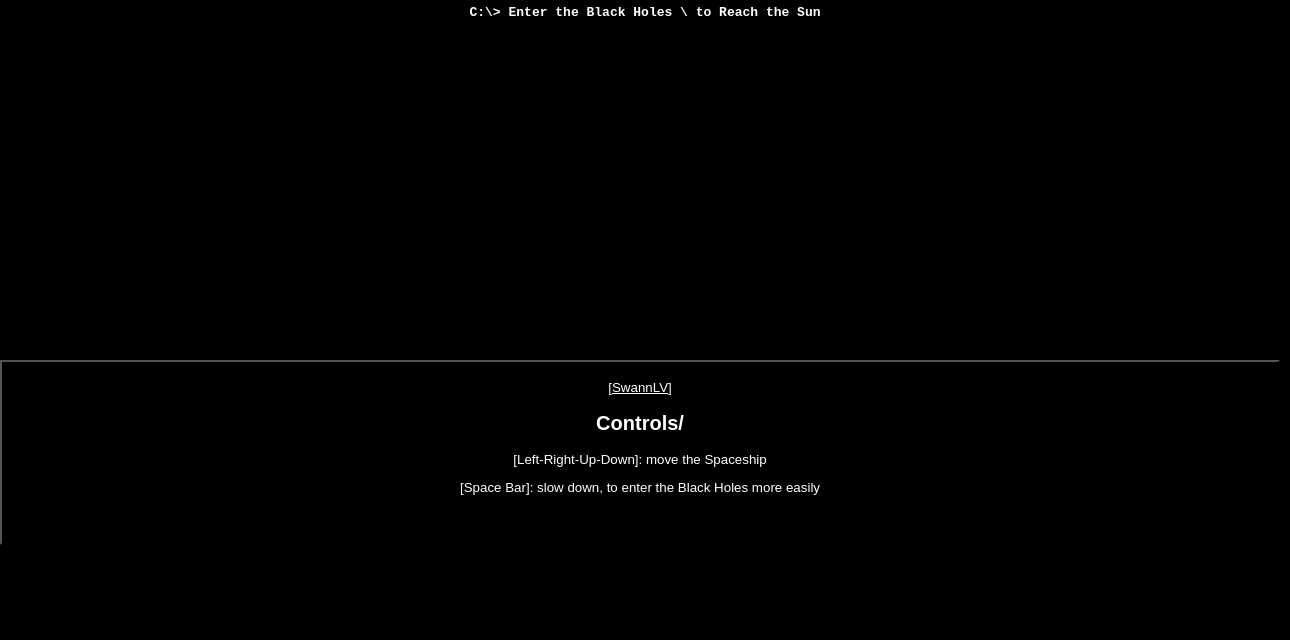
Repository: SwannLV/reach-the-sun
Page: Index.html
The author's editor kept a record of every edit. The page is drawn from the files as they stood at one moment, then again after the next edit.
The browser window is 1280 px wide. The page is 1290 px wide, so the pictures cover 1290 px, including what lies to the right of the window. The pictures show the whole page.
Some web libraries are served in a nearby version.

Above is the page before.
Console error: ReferenceError: THREE is not defined

After the next edit:
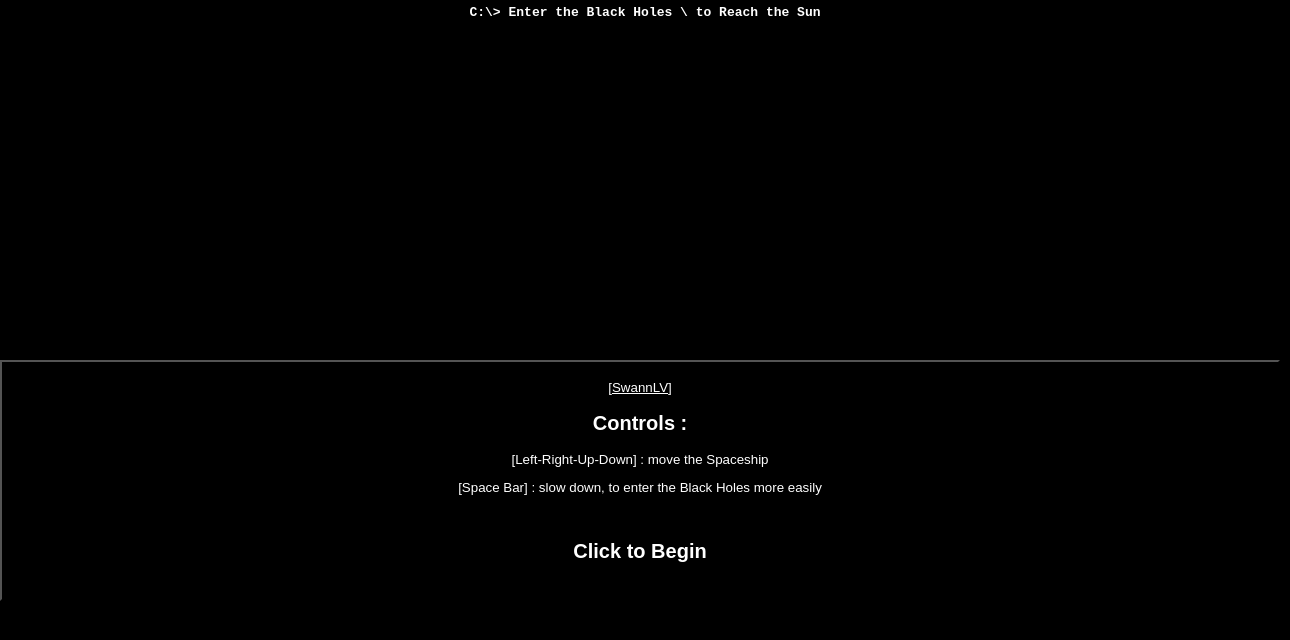
The edit:
--- a/Index.html
+++ b/Index.html
@@ -77,10 +77,12 @@
 
         <button id="start" style="background-color:black; color:white;">
             <p>[<a href="http://ca.linkedin.com/in/swannlv" target="_blank">SwannLV</a>]</p>
-            <h2>Controls/</h2>
-            <p>[Left-Right-Up-Down]: move the Spaceship
-            <p>[Space Bar]: slow down, to enter the Black Holes more easily</p>
-            <br/><br/>
+            <h2>Controls :</h2>
+            <p>[Left-Right-Up-Down] : move the Spaceship
+            <p>[Space Bar] : slow down, to enter the Black Holes more easily</p>
+            <br/>
+            <h2>Click to Begin</h2>
+            <br/>
         </button>
         <button id="end" style="background-color:black; color:white;">C:\> GAME OVER</button>
 
